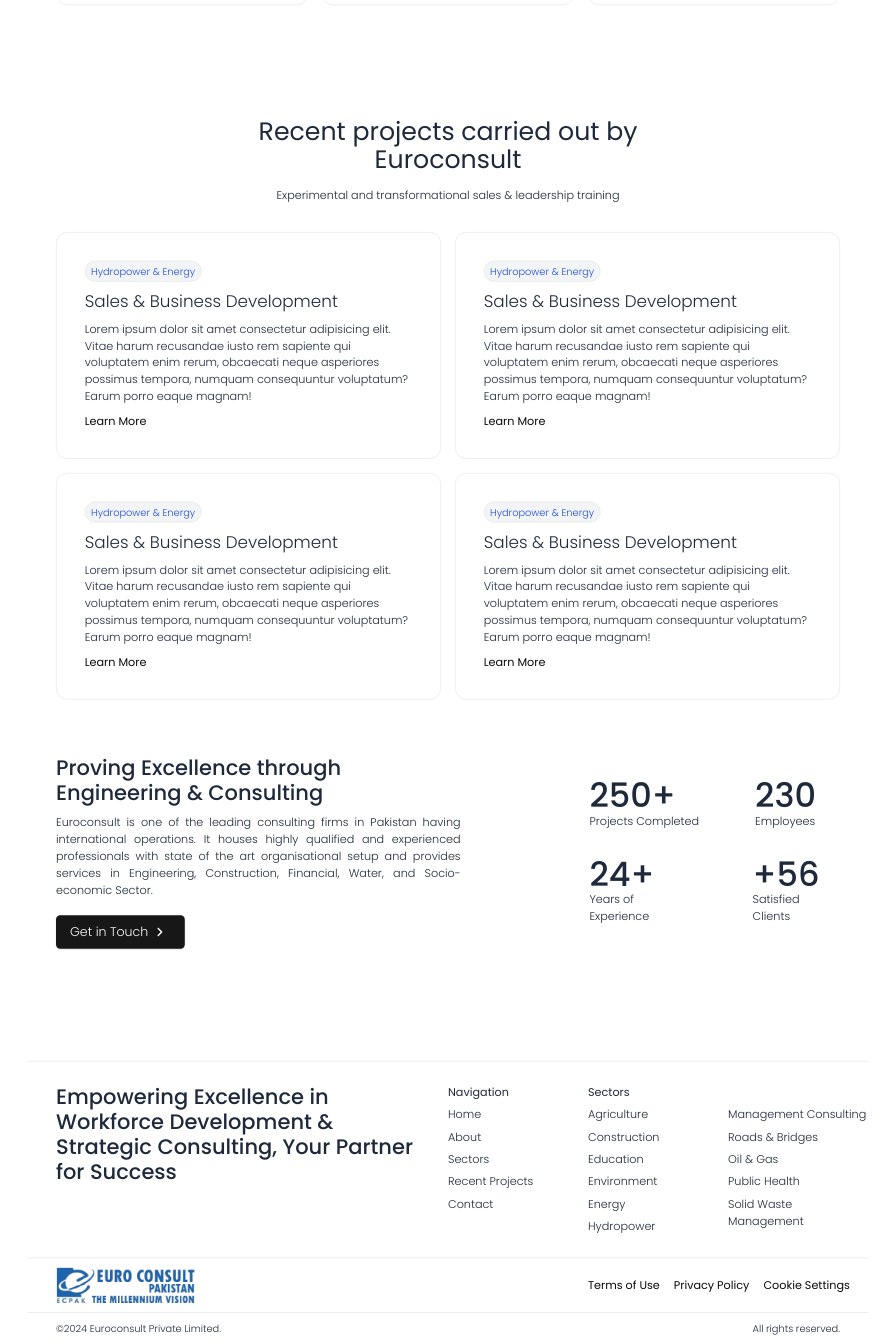
Repository: EMDC-24/ecglobalwebsite19
Page: /about
The author's editor kept a copy of each file at every save. The page is drawn from the files as they stood at one save, then again after the next save.
The browser window is 1280 px wide. The pictures show the part of the page from y = 1598 to 3518 px (the page is 3518 px tall before and 3494 px after), at 70% of full size.
The project was rebuilt for these pictures with package versions that can differ from the ones it lists, and the page was loaded fresh each time. The framework's server and built-in components were replaced by stand-ins that run in the browser. Also part of the build but not shown: next.config.mjs.

Above is the page before, as saved 2024-09-17 23:03:19.

After the next save:
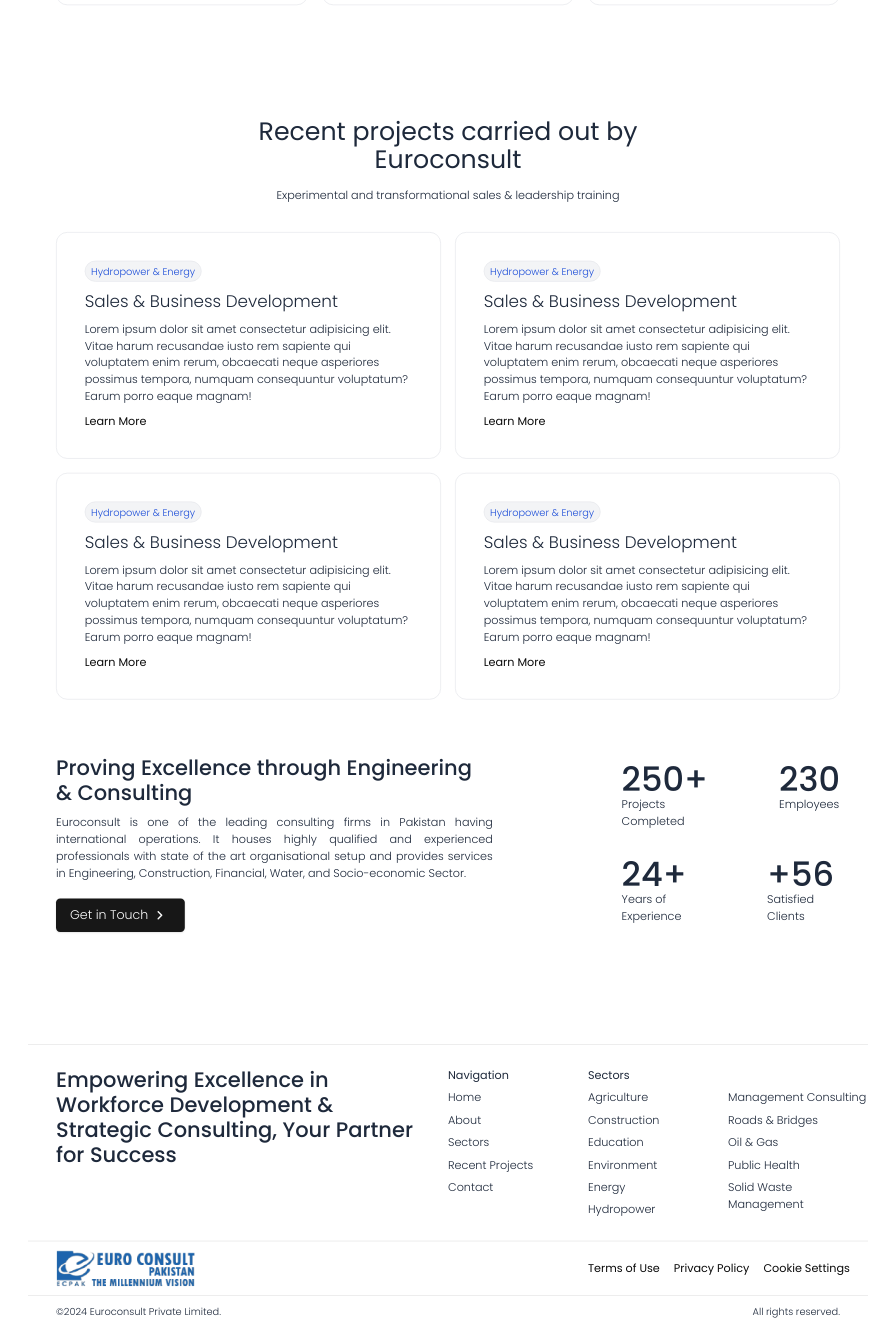
Saved 11 s later.
--- a/app/PraiseSection.tsx
+++ b/app/PraiseSection.tsx
@@ -6,7 +6,7 @@
 const PraiseSection = () => {
   return (
     <div className="mx-20 flex flex-row gap-10 my-20 items-center justify-center">
-    <div className="w-2/3 flex flex-col gap-3 pr-36">
+    <div className="w-2/3 flex flex-col gap-3 mr-36">
         <h3 className="text-3xl font-medium text-slate-800">Proving Excellence through Engineering & Consulting</h3>
         <p className="font-light text-slate-800 text-justify">Euroconsult is one of the leading consulting firms in Pakistan having international operations. It houses highly qualified and experienced professionals with state of the art organisational setup and provides services in Engineering, Construction, Financial, Water, and Socio-economic Sector.</p>
         <div className="w-auto mt-3"><Button className="px-5 py-6 text-lg font-light  hover:bg-blue-600">Get in Touch  <FaAngleRight className="mr-2 ml-2 h-4 w-4" /></Button></div>
